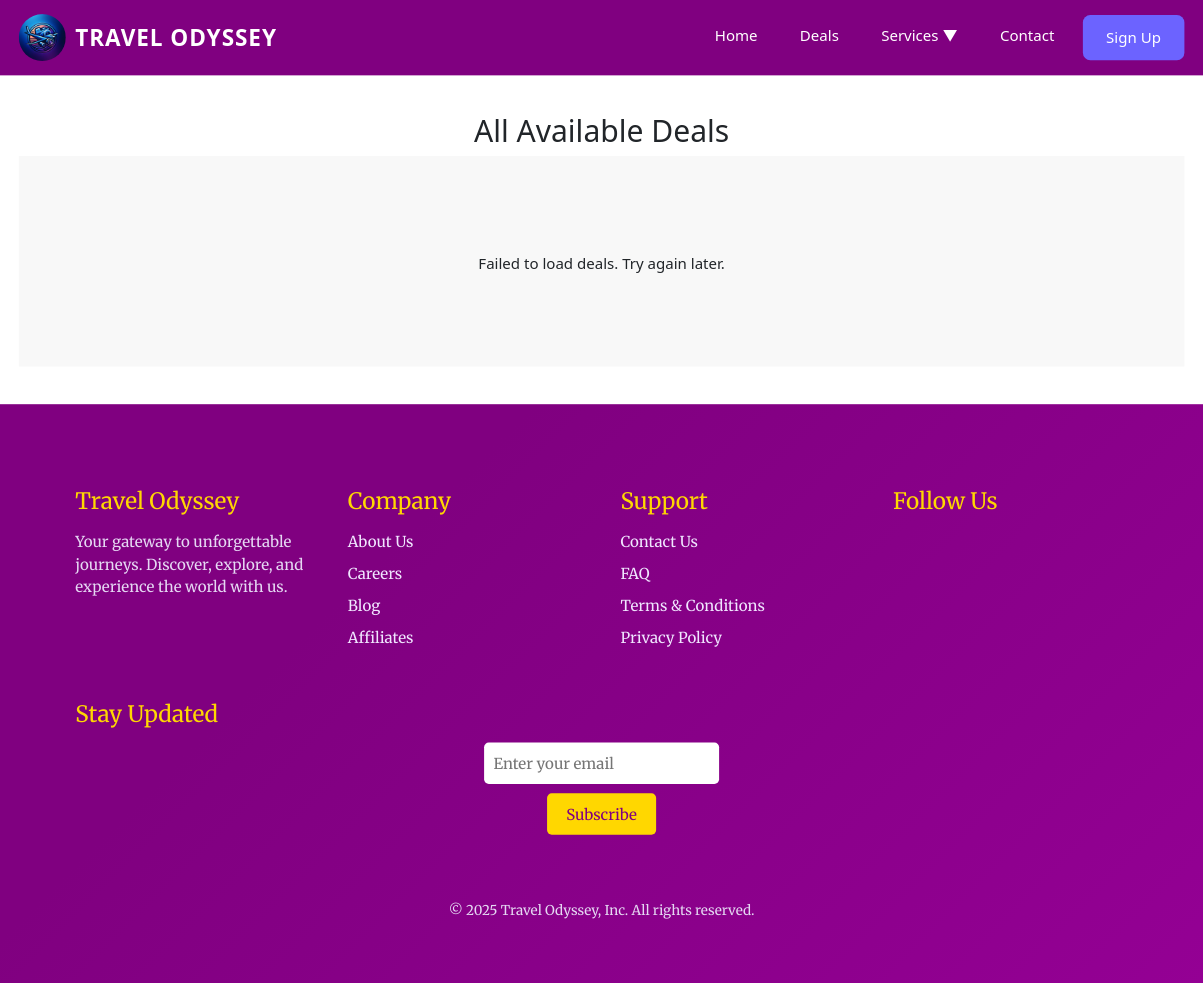
Repository: GHzPhoenix/Project-Odyssey
Page: Frontend/deals.html
The author's editor kept a copy of each file at every save. The page is drawn from the files as they stood at one save, then again after the next save.
The browser window is 1280 px wide. The pictures show the whole page, at 94% of full size.
The page's requests for data from a server got no answer.

Above is the page before, as saved 2025-06-08 16:56:20.

### Frontend/deals.html
<!DOCTYPE html>
<html lang="en">
  <head>
    <meta charset="UTF-8" />
    <meta name="viewport" content="width=device-width, initial-scale=1" />
    <title>All Deals – Travel Odyssey</title>

    <link rel="stylesheet" href="/Frontend/css/style.css" />
    <link rel="stylesheet" href="/Frontend/css/deals.css" />
    <link rel="preconnect" href="https://fonts.googleapis.com" />
    <link rel="preconnect" href="https://fonts.gstatic.com" crossorigin />
    <link
      href="https://fonts.googleapis.com/css2?family=Merriweather:wght@300;400;700;900&display=swap"
      rel="stylesheet"
    />
    <link
      href="https://cdn.jsdelivr.net/npm/bootstrap@5.3.3/dist/css/bootstrap.min.css"
      rel="stylesheet"
      crossorigin="anonymous"
    />
    <script
      src="https://cdn.jsdelivr.net/npm/bootstrap@5.3.3/dist/js/bootstrap.bundle.min.js"
      crossorigin="anonymous"
    ></script>
  </head>

  <body>
    <header>
      <nav>
        <div class="logo">
          <img src="/Frontend/assets/your-logo.png" alt="Logo" />
          Travel Odyssey
        </div>
        <div class="menu-toggle" onclick="toggleMenu()">
          <div></div>
          <div></div>
          <div></div>
        </div>
        <ul class="nav-menu">
          <li><a href="index.html">Home</a></li>
          <li><a href="deals.html">Deals</a></li>
          <li class="dropdown-parent">
            <a href="#">Services ▼</a>
            <div class="dropdown">
              <a href="membership.html">Memberships</a>
              <a href="dream.html">Plan your Trip</a>
              <a href="client-area.html">Client Area</a>
            </div>
          </li>
          <li><a href="contact.html">Contact</a></li>
          <li><a href="signup.html" class="signup-btn">Sign Up</a></li>
        </ul>
      </nav>
    </header>

    <main>
      <h2 class="page-title">All Available Deals</h2>

      <section class="trending-deals">
        <div class="deals-container" id="deals-container"></div>
      </section>

      <p id="no-deals-message" class="no-deals" style="display: none">
        No deals available at the moment.
      </p>
    </main>

    <footer class="footer">
      <div class="footer-container">
        <div class="footer-section">
          <h3>Travel Odyssey</h3>
          <p>
            Your gateway to unforgettable journeys. Discover, explore, and
            experience the world with us.
          </p>
        </div>
        <div class="footer-section">
          <h3>Company</h3>
          <ul>
            <li><a href="aboutus.html">About Us</a></li>
            <li><a href="careers.html">Careers</a></li>
            <li><a href="blog.html">Blog</a></li>
            <li><a href="affiliates.html">Affiliates</a></li>
          </ul>
        </div>
        <div class="footer-section">
          <h3>Support</h3>
          <ul>
            <li><a href="contact.html">Contact Us</a></li>
            <li><a href="faq.html">FAQ</a></li>
            <li><a href="terms.html">Terms & Conditions</a></li>
            <li><a href="privacy.html">Privacy Policy</a></li>
          </ul>
        </div>
        <div class="footer-section">
          <h3>Follow Us</h3>
          <div class="social-icons">
            <a href="#"><i class="fab fa-facebook"></i></a>
            <a href="#"><i class="fab fa-instagram"></i></a>
            <a href="#"><i class="fab fa-twitter"></i></a>
            <a href="#"><i class="fab fa-youtube"></i></a>
          </div>
        </div>
        <div class="footer-section newsletter">
          <h3>Stay Updated</h3>
          <form action="#">
            <input type="email" placeholder="Enter your email" required />
            <button type="submit">Subscribe</button>
          </form>
        </div>
      </div>
      <div class="footer-bottom">
        <p>© 2025 Travel Odyssey, Inc. All rights reserved.</p>
      </div>
    </footer>
    <div id="email-modal" class="modal-overlay">
      <div class="modal">
        <h2>Enter Your Email</h2>
        <input
          type="email"
          id="modal-email-input"
          placeholder="you@example.com"
        />
        <div class="modal-actions">
          <button id="modal-cancel">Cancel</button>
          <button id="modal-submit">OK</button>
        </div>
      </div>
    </div>
    <script>
      document.addEventListener("DOMContentLoaded", () => {
        const modalOverlay = document.getElementById("email-modal");
        const emailInput = document.getElementById("modal-email-input");
        const cancelBtn = document.getElementById("modal-cancel");
        const submitBtn = document.getElementById("modal-submit");
        let pendingDealId = null;

        function showEmailModal(dealId) {
          pendingDealId = dealId;
          emailInput.value = "";
          modalOverlay.classList.add("active");
          emailInput.focus();
        }

        cancelBtn.addEventListener("click", () => {
          modalOverlay.classList.remove("active");
        });

        submitBtn.addEventListener("click", () => {
          const email = emailInput.value.trim();
          if (!email) {
            emailInput.focus();
            return;
          }
          const params = new URLSearchParams({ deal: pendingDealId, email });
          window.location.href = `signup.html?${params}`;
        });

        document.addEventListener("keydown", (e) => {
          if (e.key === "Escape") {
            modalOverlay.classList.remove("active");
          }
        });

        async function fetchAndRenderDeals() {
          const container = document.getElementById("deals-container");
          container.innerHTML = "Loading…";

          try {
            const res = await fetch("http://127.0.0.1:5001/api/deals");
            if (!res.ok) throw new Error("Unable to fetch deals");
            const deals = await res.json();
            container.innerHTML = "";

            if (deals.length === 0) {
              container.innerHTML =
                "<p class='no-deals'>No deals available at the moment.</p>";
              return;
            }

            deals.forEach((deal) => {
              const card = document.createElement("div");
              card.className = "card";

              const img = document.createElement("img");
              img.className = "card-image";
              img.src = deal.image_url;
              img.alt = deal.name;

              const info = document.createElement("div");
              info.className = "card-info";

              const title = document.createElement("h3");
              title.className = "card-title";
              title.textContent = deal.name;

              const subtext = document.createElement("p");
              subtext.className = "card-subtext";
              subtext.textContent = `${deal.location} • ${deal.activities}`;

              const dates = document.createElement("p");
              dates.className = "card-dates";
              const start = new Date(deal.start_date).toLocaleDateString(
                "en-US",
                {
                  month: "short",
                  day: "numeric",
                  year: "numeric",
                }
              );
              const end = new Date(deal.end_date).toLocaleDateString("en-US", {
                month: "short",
                day: "numeric",
                year: "numeric",
              });
              dates.textContent = `${start} – ${end}`;

              const button = document.createElement("a");
              button.className = "card-button";
              button.setAttribute("data-id", deal.id);
              button.href = "#";
              button.textContent = "Book Now";

              info.append(title, subtext, dates, button);
              card.append(img, info);
              container.appendChild(card);
            });

            document.querySelectorAll(".card-button").forEach((btn) => {
              btn.addEventListener("click", (e) => {
                e.preventDefault();
                const dealId = btn.getAttribute("data-id");
                showEmailModal(dealId);
              });
            });
          } catch (err) {
            console.error("Error loading deals:", err);
            container.innerHTML =
              "<p class='error-message'>Failed to load deals. Try again later.</p>";
          }
        }

        fetchAndRenderDeals();
      });
    </script>
  </body>
</html>

### Frontend/css/deals.css
.deals-container {
  display: grid;
  grid-template-columns: repeat(auto-fit, minmax(280px, 1fr));
  gap: 1.5rem;
  padding: 2rem;
}

.card {
  background: #fff;
  border-radius: 1rem;
  box-shadow: 0 0.5rem 1.5rem rgba(0, 0, 0, 0.1);
  overflow: hidden;
  transition: transform 0.3s ease, box-shadow 0.3s ease;
  display: flex;
  flex-direction: column;
}

.card:hover {
  transform: translateY(-0.5rem);
  box-shadow: 0 1rem 2.5rem rgba(0, 0, 0, 0.15);
}

.card-image {
  width: 100%;
  height: 180px;
  object-fit: cover;
}

.card-info {
  padding: 1rem;
  flex: 1;
  display: flex;
  flex-direction: column;
}

.card-title {
  margin: 0 0 0.5rem;
  font-size: 1.25rem;
  color: #333;
}

.card-subtext {
  font-size: 0.9rem;
  color: #666;
  margin: 0 0 1rem;
  flex: 1;
}

.card-dates {
  font-size: 0.85rem;
  color: #999;
  margin-bottom: 1rem;
}

.card-button {
  align-self: start;
  background-color: #6c63ff;
  color: #fff;
  padding: 0.6rem 1.2rem;
  border-radius: 0.6rem;
  text-decoration: none;
  font-weight: 600;
  transition: background 0.3s ease;
}

.card-button:hover {
  background-color: #5950d4;
}
/* hide by default */
.modal-overlay {
  display: none;
  position: fixed;
  top: 0;
  left: 0;
  right: 0;
  bottom: 0;
  background: rgba(0, 0, 0, 0.6);
  align-items: center;
  justify-content: center;
  z-index: 1000;
}

/* show when active */
.modal-overlay.active {
  display: flex;
}

/* the white box */
.modal {
  background: #fff;
  padding: 2rem;
  border-radius: 1rem;
  width: 90%;
  max-width: 400px;
  box-shadow: 0 2rem 4rem rgba(0, 0, 0, 0.2);
  text-align: center;
}

.modal h2 {
  margin-bottom: 1rem;
  font-size: 1.5rem;
}

.modal input {
  width: 100%;
  padding: 0.75rem;
  border: 1px solid #ccc;
  border-radius: 0.5rem;
  margin-bottom: 1.5rem;
  font-size: 1rem;
}

.modal-actions {
  display: flex;
  justify-content: flex-end;
  gap: 1rem;
}

.modal-actions button {
  padding: 0.5rem 1rem;
  border: none;
  border-radius: 0.5rem;
  cursor: pointer;
  font-size: 1rem;
}

#modal-cancel {
  background: #ccc;
  color: #333;
}

#modal-submit {
  background: #6c63ff;
  color: #fff;
}

Loaded but not shown: Frontend/css/style.css (994 lines, source omitted)

After the next save:
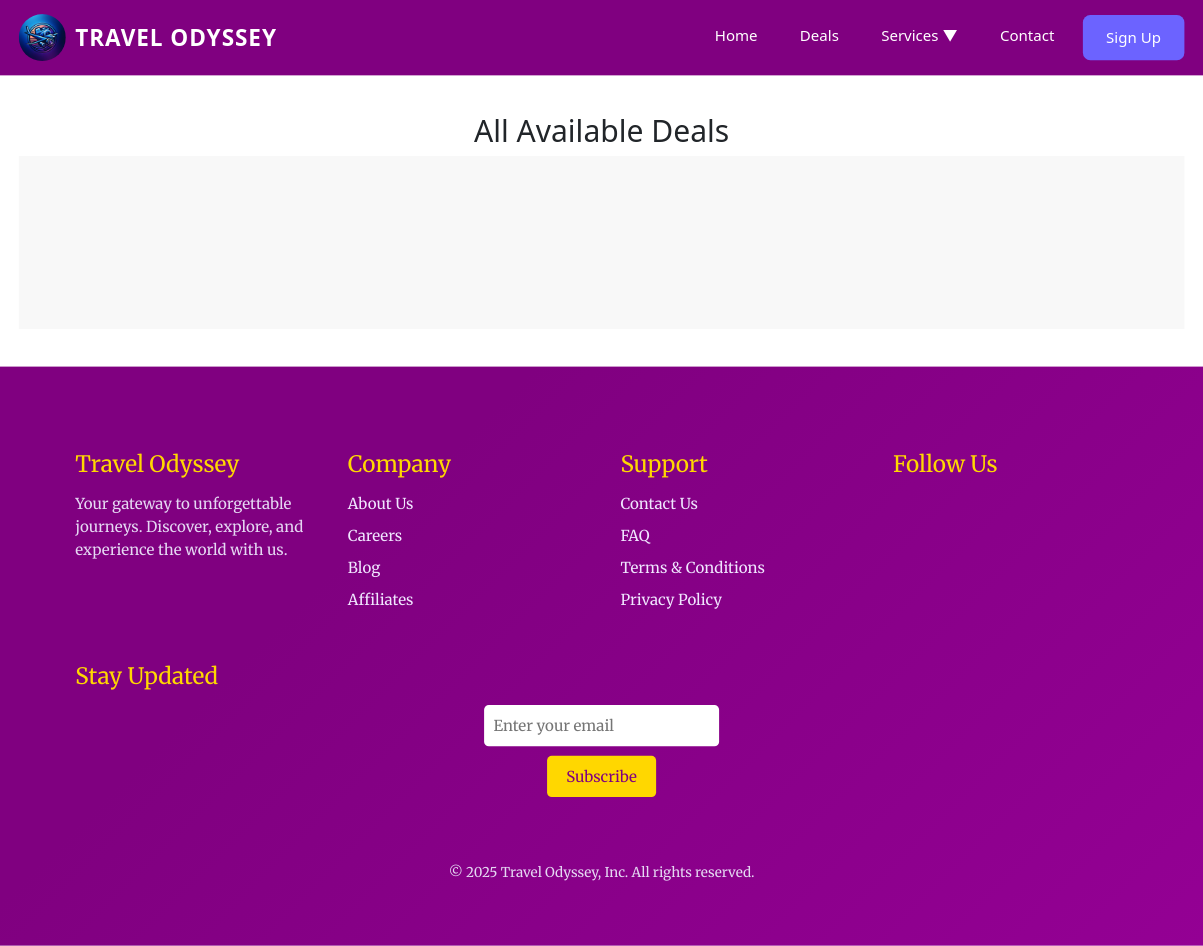
Console error: TypeError: Cannot read properties of null (reading 'addEventListener')
Saved 22 s later.
--- a/Frontend/deals.html
+++ b/Frontend/deals.html
@@ -113,20 +113,7 @@
         <p>© 2025 Travel Odyssey, Inc. All rights reserved.</p>
       </div>
     </footer>
-    <div id="email-modal" class="modal-overlay">
-      <div class="modal">
-        <h2>Enter Your Email</h2>
-        <input
-          type="email"
-          id="modal-email-input"
-          placeholder="you@example.com"
-        />
-        <div class="modal-actions">
-          <button id="modal-cancel">Cancel</button>
-          <button id="modal-submit">OK</button>
-        </div>
-      </div>
-    </div>
+
     <script>
       document.addEventListener("DOMContentLoaded", () => {
         const modalOverlay = document.getElementById("email-modal");

After the save that followed:
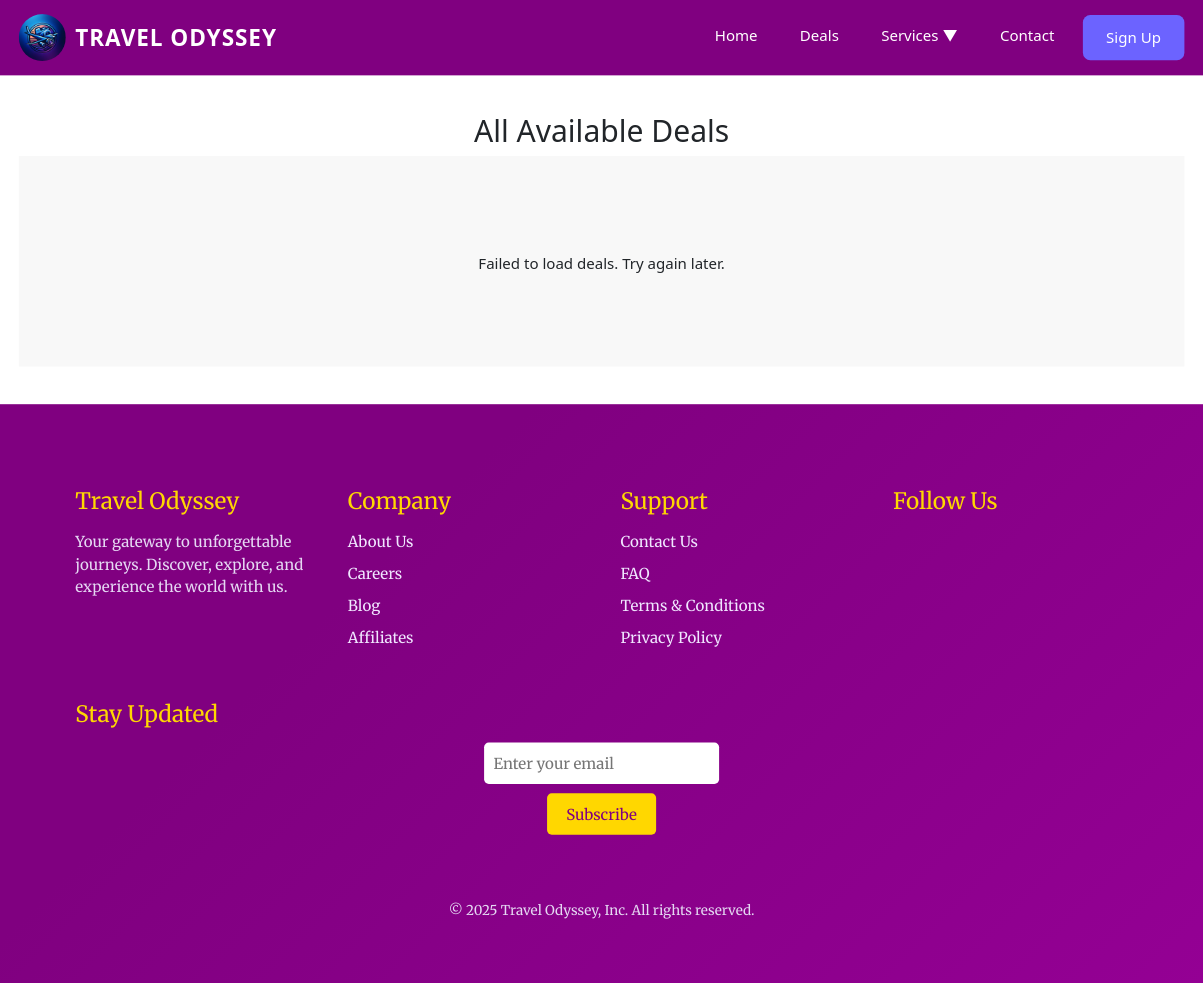
The error is gone.
Saved 80 s later.
--- a/Frontend/deals.html
+++ b/Frontend/deals.html
@@ -64,6 +64,20 @@
         No deals available at the moment.
       </p>
     </main>
+    <div id="email-modal" class="modal-overlay">
+      <div class="modal">
+        <h2>Enter Your Email</h2>
+        <input
+          type="email"
+          id="modal-email-input"
+          placeholder="you@example.com"
+        />
+        <div class="modal-actions">
+          <button id="modal-cancel">Cancel</button>
+          <button id="modal-submit">OK</button>
+        </div>
+      </div>
+    </div>
 
     <footer class="footer">
       <div class="footer-container">
